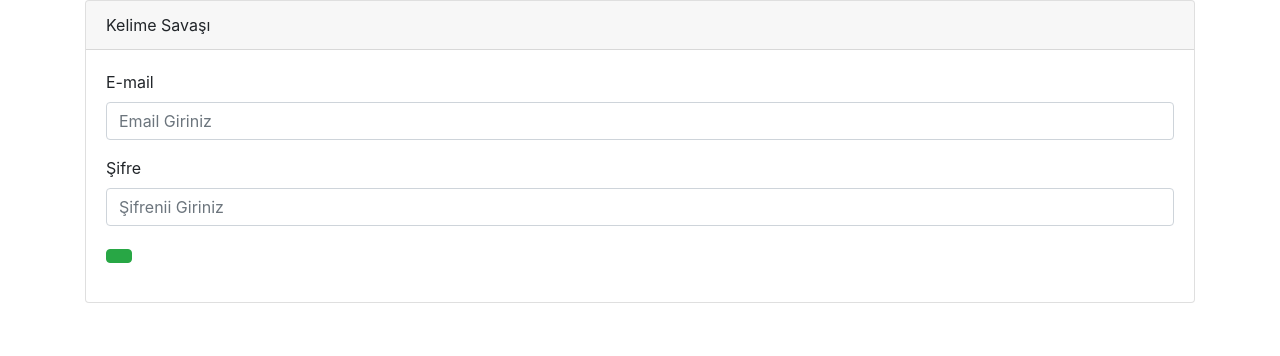
Repository: triapost/kelimeapp
Page: /login
These files come from the project's save history. The page is drawn as it stood at one moment and after the next save; the edit follows.
The browser window is 1280 px wide. The pictures show the whole page.
The project was rebuilt for these pictures with package versions that can differ from the ones it lists, and the page was loaded fresh each time. Also part of the build but not shown: src/pages/auth/Register.js, src/pages/home/Home.js.

Above is the page before, as saved 2020-09-15 22:27:19.

After the next save:
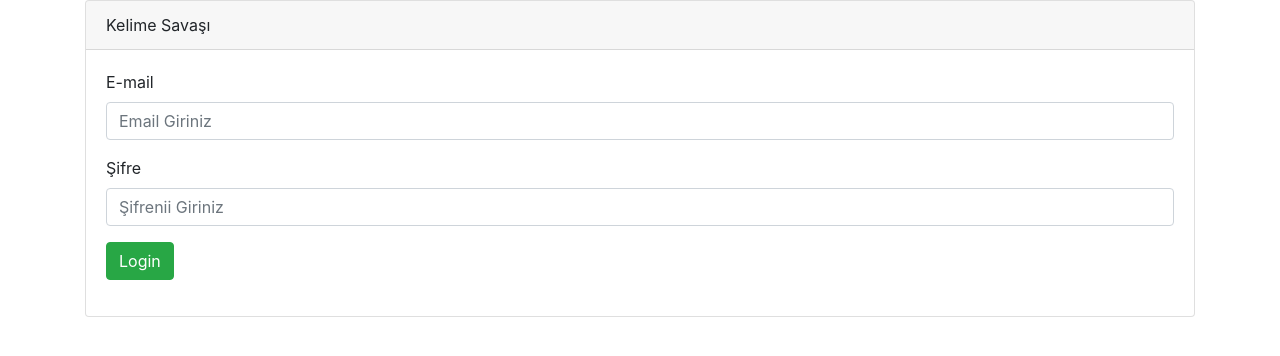
Saved 8 s later.
--- a/src/pages/auth/Login.js
+++ b/src/pages/auth/Login.js
@@ -28,7 +28,7 @@ const Login = () => {
               />
             </div>
             <div className="form-group">
-              <button className="btn btn-success" ></button>
+              <button className="btn btn-success">Login</button>
             </div>
           </form>
         </div>
